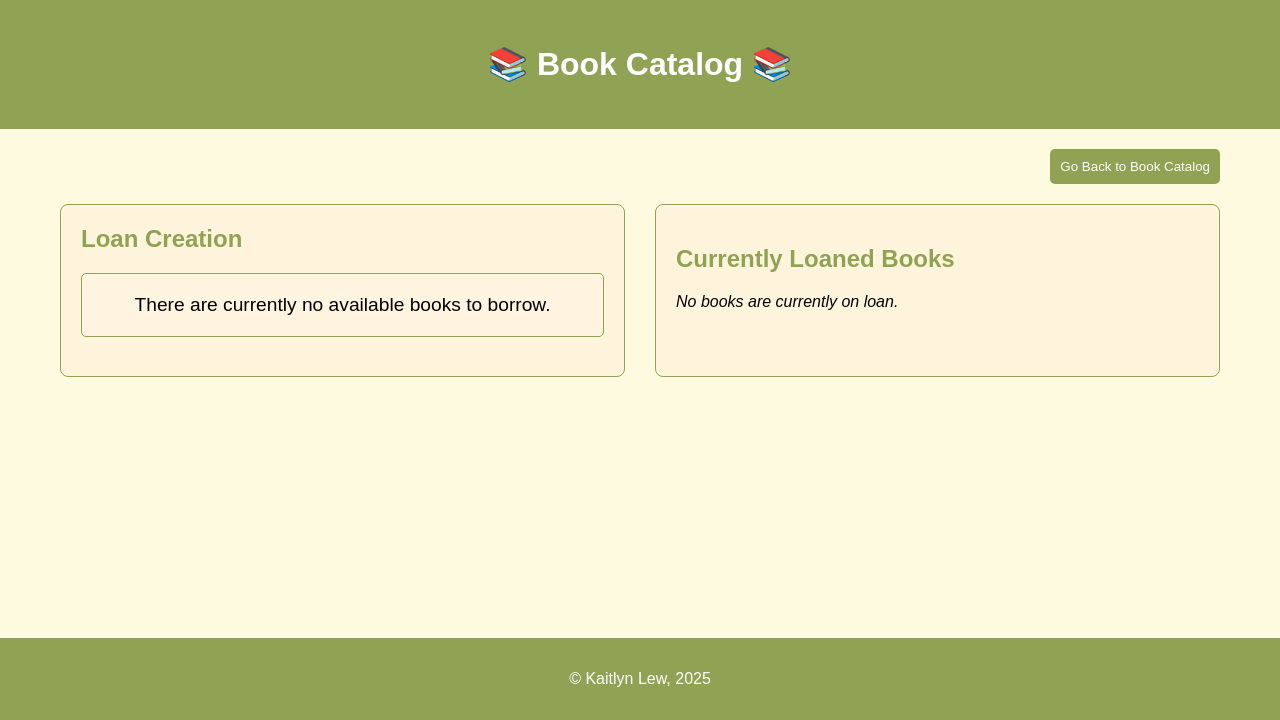
Repository: kaitlynlew/Data-Fetching
Page: /, after clicking the first element matching `button.update-btn`
The author's editor kept a copy of each file at every save. The page is drawn from the files as they stood at one save, then again after the next save.
The browser window is 1280 px wide. The pictures show the whole page.
The project was rebuilt for these pictures with package versions that can differ from the ones it lists, and the page was loaded fresh each time. Also part of the build but not shown: vite.config.js, src/components/BookCard.jsx, src/components/BookForm.jsx.

Above is the page before, as saved 2025-11-09 22:09:09.

After the next save:
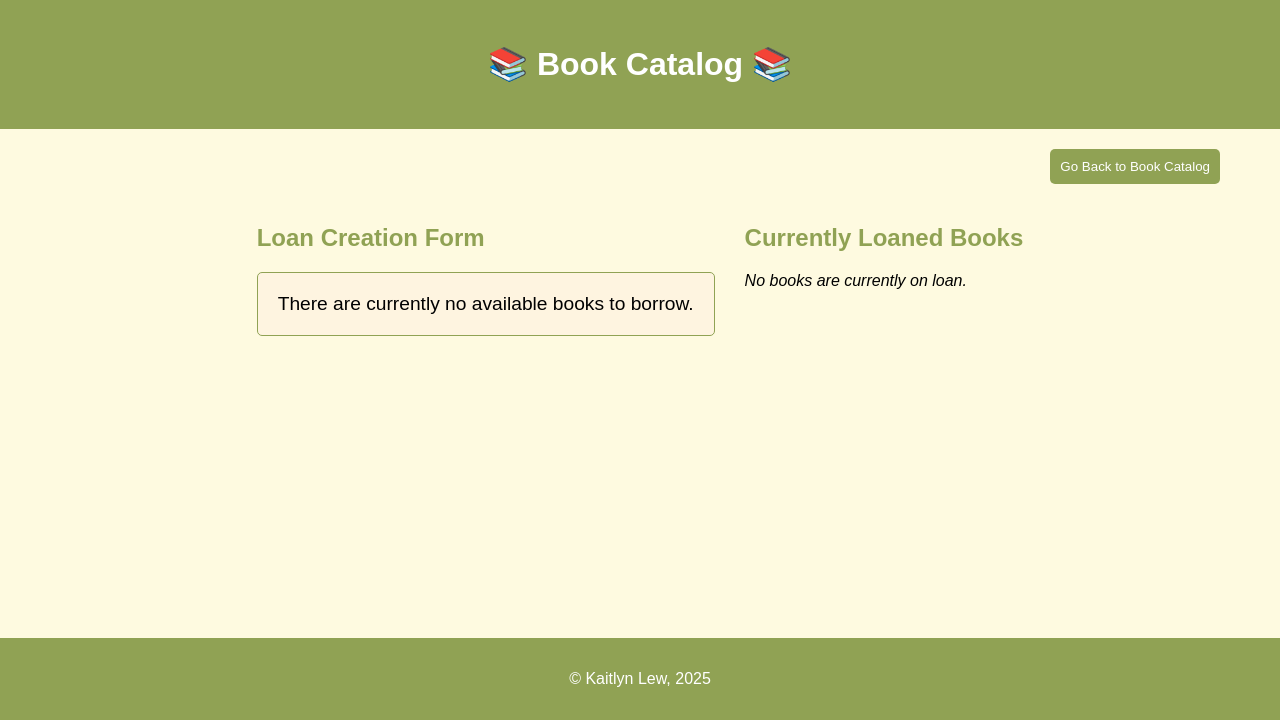
Saved 81 s later.
--- a/src/components/LoanManager.jsx
+++ b/src/components/LoanManager.jsx
@@ -51,8 +51,8 @@
 
     if (allBooksLoaned) {
         return (
-            <div className="loan-list-container">
-                <h2 style={{color: '#90a254'}}>Loan Creation</h2>
+            <div className="loan-section-container">
+                <h2 style={{color: '#90a254'}}>Loan Creation Form</h2>
                 <p style={{fontSize: '1.2rem', padding: '20px', backgroundColor: '#fef4e0', borderRadius: '5px', textAlign: 'center', border: '1px solid #90a254'}}>
                     There are currently no available books to borrow.
                 </p>
@@ -61,10 +61,10 @@
     }
 
     return (
-        <div className="loan-list-container">
+        <div className="loan-section-container">
             <h2 style={{color: '#90a254'}}>Loan Creation Form</h2>
             <form onSubmit={handleSubmit} className="loan-form">
-                <div className="form-control">
+                <div className="form-control-loan">
                     <label htmlFor="borrower">Borrower:</label>
                     <input
                         id="borrower"
@@ -76,14 +76,14 @@
                     />
                 </div>
 
-                <div className="form-control">
+                <div className="form-control-loan">
                     <label htmlFor="book">Book to Loan:</label>
                     <select
                         id="book"
                         value={selectedIsbn}
                         onChange={(e) => setSelectedIsbn(e.target.value)}
                         required
-                        className="filter-btn"
+                        className="loan-select-input"
                     >
                         {availableBooks.map(book => (
                             <option key={book.isbn13} value={book.isbn13}>
@@ -93,7 +93,7 @@
                     </select>
                 </div>
 
-                <div className="form-control">
+                <div className="form-control-loan">
                     <label htmlFor="period">Loan Period (weeks):</label>
                     <input
                         id="period"
@@ -106,7 +106,7 @@
                     />
                 </div>
 
-                <button type="submit" className="save-btn" style={{width: 'auto', padding: '10px 20px'}}>
+                <button type="submit" className="loan-submit-btn">
                     Create Loan
                 </button>
             </form>
@@ -128,8 +128,8 @@
     }, [books, loans]);
 
     return (
-        <div className="loan-list-container">
-            <h2 style={{color: '#90a254', marginTop: '20px'}}>Currently Loaned Books</h2>
+        <div className="loan-section-container">
+            <h2 style={{color: '#90a254'}}>Currently Loaned Books</h2>
             {loanedBooksDetails.length === 0 ? (
                 <p style={{fontStyle: 'italic'}}>No books are currently on loan.</p>
             ) : (
@@ -151,6 +151,7 @@
 
 function LoanManager({ books, loans, onLoanBook, onSwitchView }) {
     return (
+        // The container is used for centering/padding for the entire Loan View
         <div className="loan-manager-content">
             <LoanForm books={books} loans={loans} onLoanBook={onLoanBook} />
             <LoanList books={books} loans={loans} />

After the 3 saves that followed:
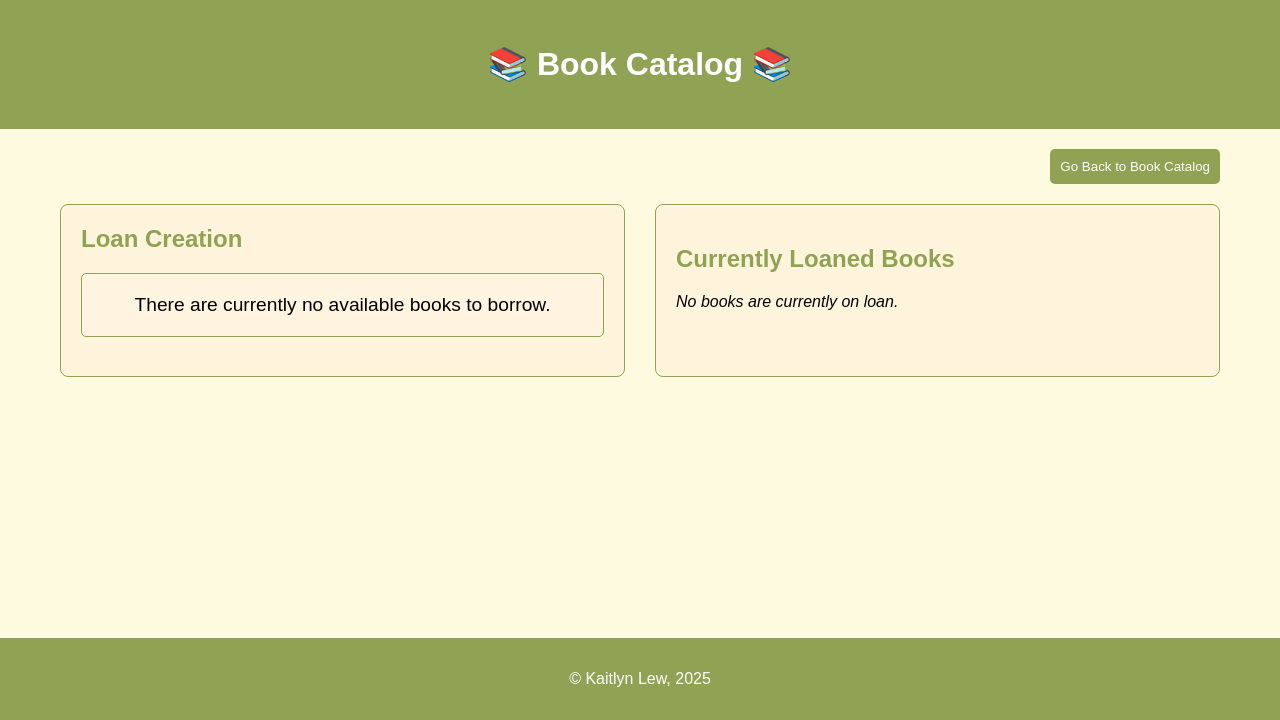
The 3 saves are shown as one change because 2 left the picture as it was.
The last was saved 18 s later.
--- a/src/components/LoanManager.jsx
+++ b/src/components/LoanManager.jsx
@@ -51,8 +51,8 @@
 
     if (allBooksLoaned) {
         return (
-            <div className="loan-section-container">
-                <h2 style={{color: '#90a254'}}>Loan Creation Form</h2>
+            <div className="loan-list-container">
+                <h2 style={{color: '#90a254'}}>Loan Creation</h2>
                 <p style={{fontSize: '1.2rem', padding: '20px', backgroundColor: '#fef4e0', borderRadius: '5px', textAlign: 'center', border: '1px solid #90a254'}}>
                     There are currently no available books to borrow.
                 </p>
@@ -61,10 +61,10 @@
     }
 
     return (
-        <div className="loan-section-container">
+        <div className="loan-list-container">
             <h2 style={{color: '#90a254'}}>Loan Creation Form</h2>
             <form onSubmit={handleSubmit} className="loan-form">
-                <div className="form-control-loan">
+                <div className="form-control">
                     <label htmlFor="borrower">Borrower:</label>
                     <input
                         id="borrower"
@@ -76,14 +76,14 @@
                     />
                 </div>
 
-                <div className="form-control-loan">
+                <div className="form-control">
                     <label htmlFor="book">Book to Loan:</label>
                     <select
                         id="book"
                         value={selectedIsbn}
                         onChange={(e) => setSelectedIsbn(e.target.value)}
                         required
-                        className="loan-select-input"
+                        className="filter-btn"
                     >
                         {availableBooks.map(book => (
                             <option key={book.isbn13} value={book.isbn13}>
@@ -93,7 +93,7 @@
                     </select>
                 </div>
 
-                <div className="form-control-loan">
+                <div className="form-control">
                     <label htmlFor="period">Loan Period (weeks):</label>
                     <input
                         id="period"
@@ -106,7 +106,7 @@
                     />
                 </div>
 
-                <button type="submit" className="loan-submit-btn">
+                <button type="submit" className="save-btn" style={{width: 'auto', padding: '10px 20px'}}>
                     Create Loan
                 </button>
             </form>
@@ -128,8 +128,8 @@
     }, [books, loans]);
 
     return (
-        <div className="loan-section-container">
-            <h2 style={{color: '#90a254'}}>Currently Loaned Books</h2>
+        <div className="loan-list-container">
+            <h2 style={{color: '#90a254', marginTop: '20px'}}>Currently Loaned Books</h2>
             {loanedBooksDetails.length === 0 ? (
                 <p style={{fontStyle: 'italic'}}>No books are currently on loan.</p>
             ) : (
@@ -151,7 +151,6 @@
 
 function LoanManager({ books, loans, onLoanBook, onSwitchView }) {
     return (
-        // The container is used for centering/padding for the entire Loan View
         <div className="loan-manager-content">
             <LoanForm books={books} loans={loans} onLoanBook={onLoanBook} />
             <LoanList books={books} loans={loans} />
